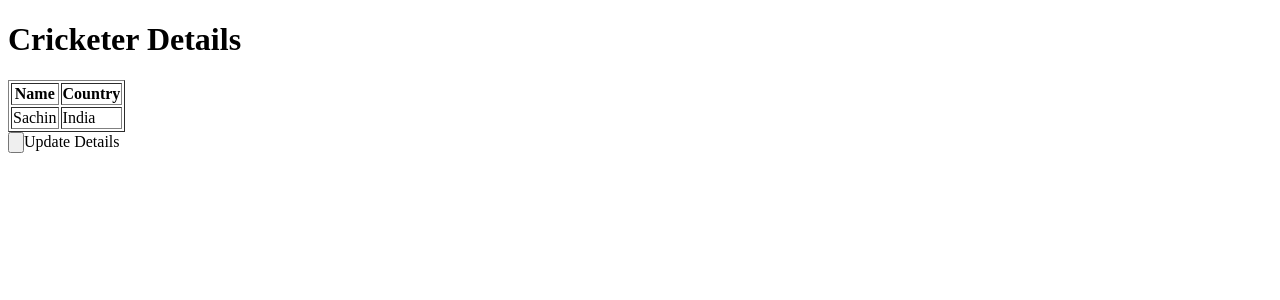
Repository: shiva94/MyProjects
Page: VerizonAjax/WebContent/AjaxJson.html
These files come from the project's save history. The page is drawn as it stood at one moment and after the next save; the edit follows.
The browser window is 1280 px wide. The pictures show the whole page.

Above is the page before, as saved 2015-08-17 09:55:33.

After the next save:
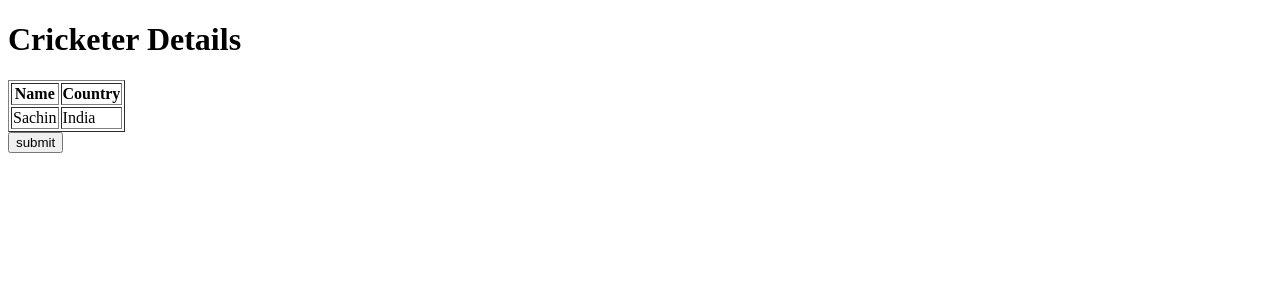
Saved 62 s later.
--- a/VerizonAjax/WebContent/AjaxJson.html
+++ b/VerizonAjax/WebContent/AjaxJson.html
@@ -40,7 +40,7 @@ http_request.send();
 <td><div id="Country">India</div></td></tr>
 </table>
 <div class="central">
-<input type="button" onClick="loadJSON()">Update Details</input>
+<input type="button" value="submit" onClick="loadJSON()"/>
 </div>
 </body>
 </html>
